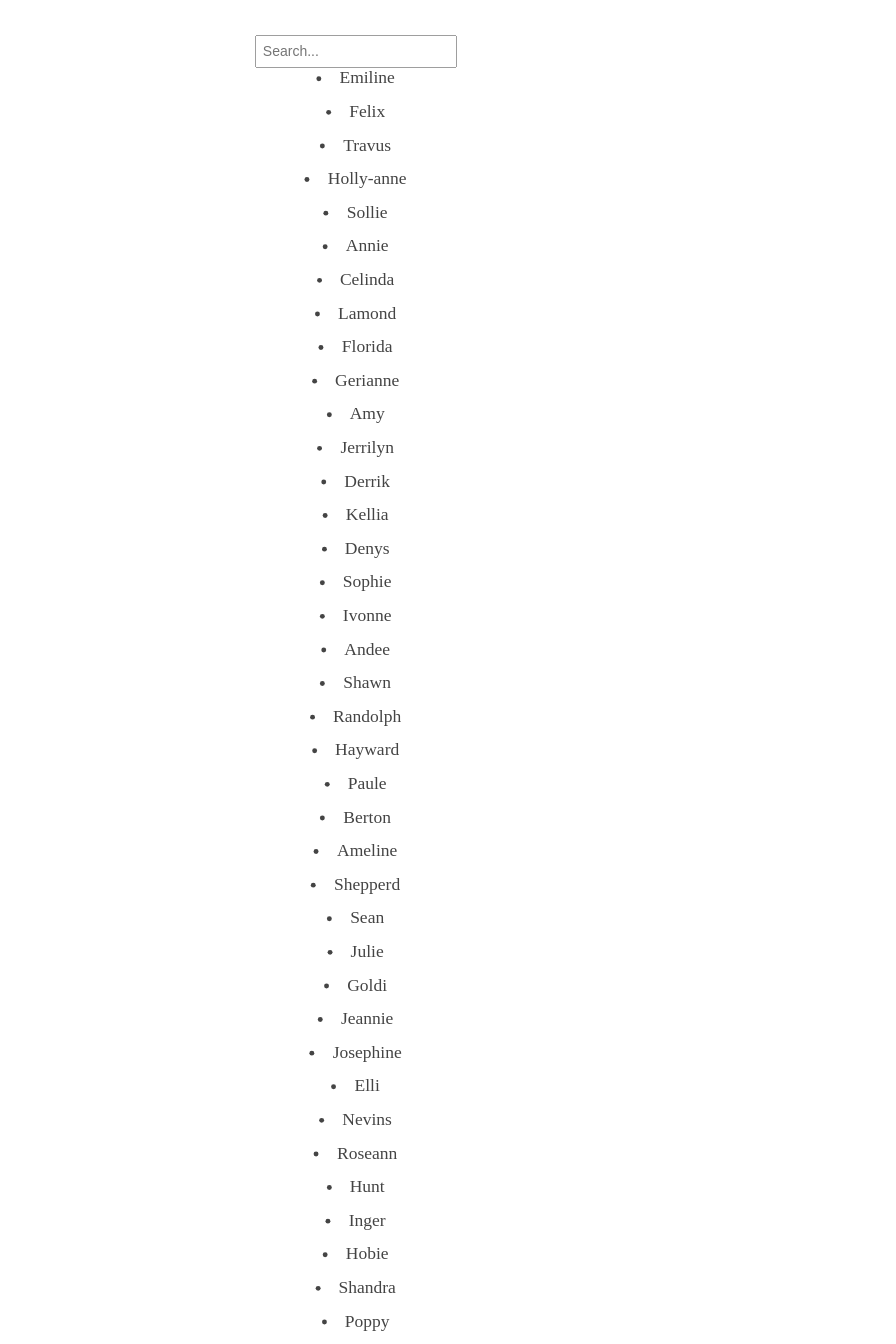
Repository: Omk1/RUStudy
Page: /
These files come from the project's save history. The page is drawn as it stood at one moment and after the next save; the edit follows.
The browser window is 1280 px wide. The pictures show the part of the page from y = 0 to 1920 px (the page is 48147 px tall before and 48063 px after), at 70% of full size.
Some web libraries are served in a nearby version. The project was rebuilt for these pictures with package versions that can differ from the ones it lists, and the page was loaded fresh each time.

Above is the page before, as saved 2023-10-07 21:57:44.

After the next save:
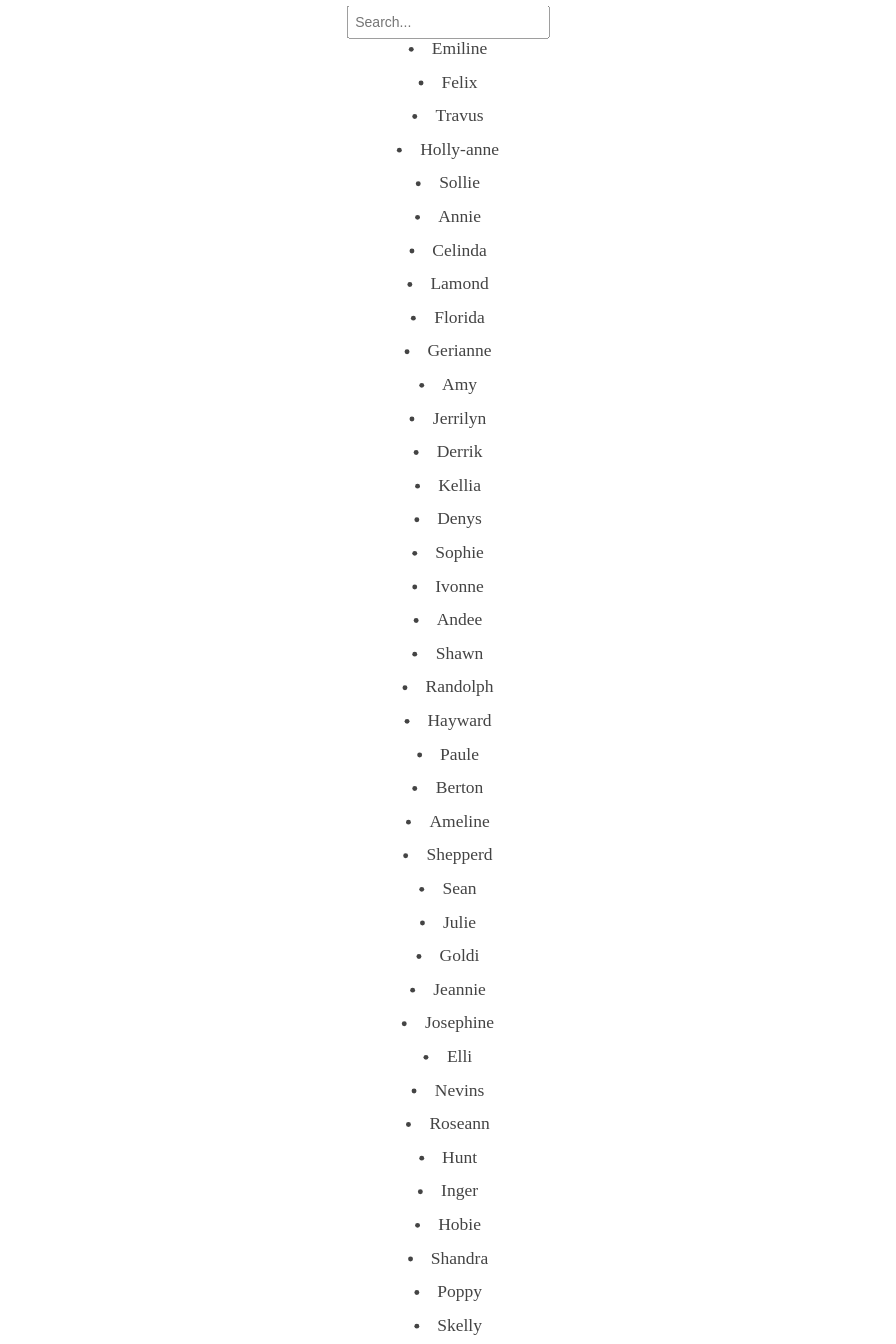
Saved 14 s later.
--- a/src/App.css
+++ b/src/App.css
@@ -1,5 +1,5 @@
 .app {
-  margin: 50px;
+  margin: auto;
   display: flex;
   flex-direction: column;
   align-items: center;
